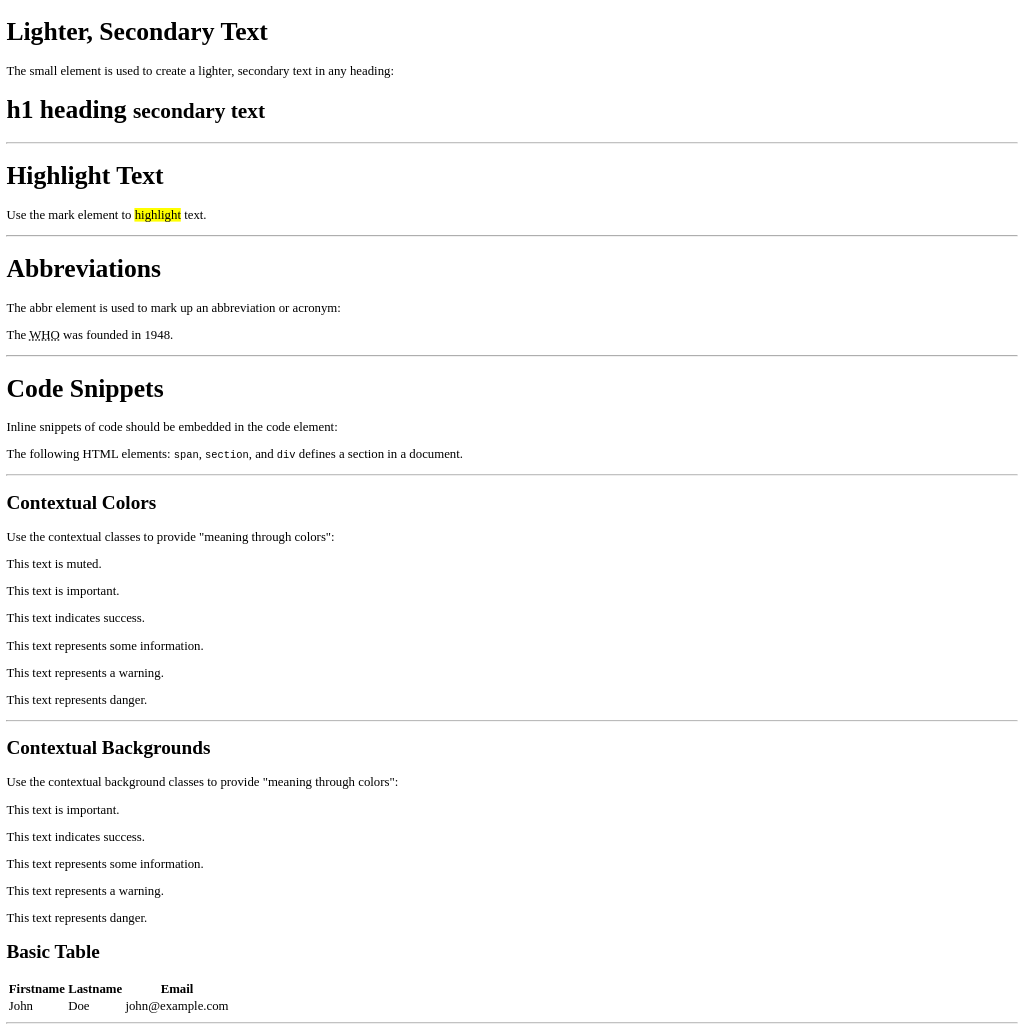
Repository: Sonalitanika/Assigment_IT17048842
Page: Lab09/WebContent/index.html
The author's editor kept a copy of each file at every save. The page is drawn from the files as they stood at one save, then again after the next save.
The browser window is 1280 px wide. The pictures show the whole page, at 80% of full size.

Above is the page before, as saved 2019-05-25 14:28:19.

### Lab09/WebContent/index.html
<!DOCTYPE html>
<html>
<head>
<meta charset="utf-8">
<title>Insert title here</title>
<script src="js/jquery-3.4.1.min.js" type="text/javascript"></script>
</head>
<body>


 <div class="row">
<h1>Lighter, Secondary Text</h1>
 <p>The small element is used to create a lighter,
secondary text in any heading:</p>
 <h1>h1 heading <small>secondary
text</small></h1> </div> <hr>

<div class="row">
<h1>Highlight Text</h1>
 <p>Use the mark element to
<mark>highlight</mark> text.</p>
 </div>
 <hr>

 <div class="row">
<h1>Abbreviations</h1>
 <p>The abbr element is used to mark up an
abbreviation or acronym:</p>
 <p>The <abbr title="World Health
Organization">WHO</abbr> was founded in
1948.</p> </div>
<hr>

<div class="row">
<h1>Code Snippets</h1>
 <p>Inline snippets of code should be embedded in
the code element:</p>
 <p>The following HTML elements:
<code>span</code>, <code>section</code>, and
<code>div</code> defines a section in
a document.</p> </div> <hr>

<div class="container">
 <h2>Contextual Colors</h2>
 <p>Use the contextual classes to provide "meaning through colors":</p>
 <p class="text-muted">This text is muted.</p>
 <p class="text-primary">This text is important.</p>
 <p class="text-success">This text indicates success.</p>
 <p class="text-info">This text represents some information.</p>
 <p class="text-warning">This text represents a warning.</p>
 <p class="text-danger">This text represents danger.</p>
</div>
<hr>

<div class="container">
 <h2>Contextual Backgrounds</h2>
 <p>Use the contextual background classes to provide "meaning through colors":</p>
 <p class="bg-primary">This text is important.</p>
 <p class="bg-success">This text indicates success.</p>
 <p class="bg-info">This text represents some information.</p>
 <p class="bg-warning">This text represents a warning.</p>
 <p class="bg-danger">This text represents danger.</p>
</div>

<div class="container">
 <h2>Basic Table</h2>
 <table class="table">
 <thead>
 <tr>
 <th>Firstname</th>
 <th>Lastname</th>
 <th>Email</th>
 </tr>
 </thead>
 <tbody>
 <tr>
 <td>John</td>
 <td>Doe</td>
 <td>john@example.com</td>
 </tr>
 </tbody>
 </table>
</div>
<hr>
</body>
</html>

Loaded but not shown: Lab09/WebContent/js/jquery-3.4.1.min.js (library)

After the next save:
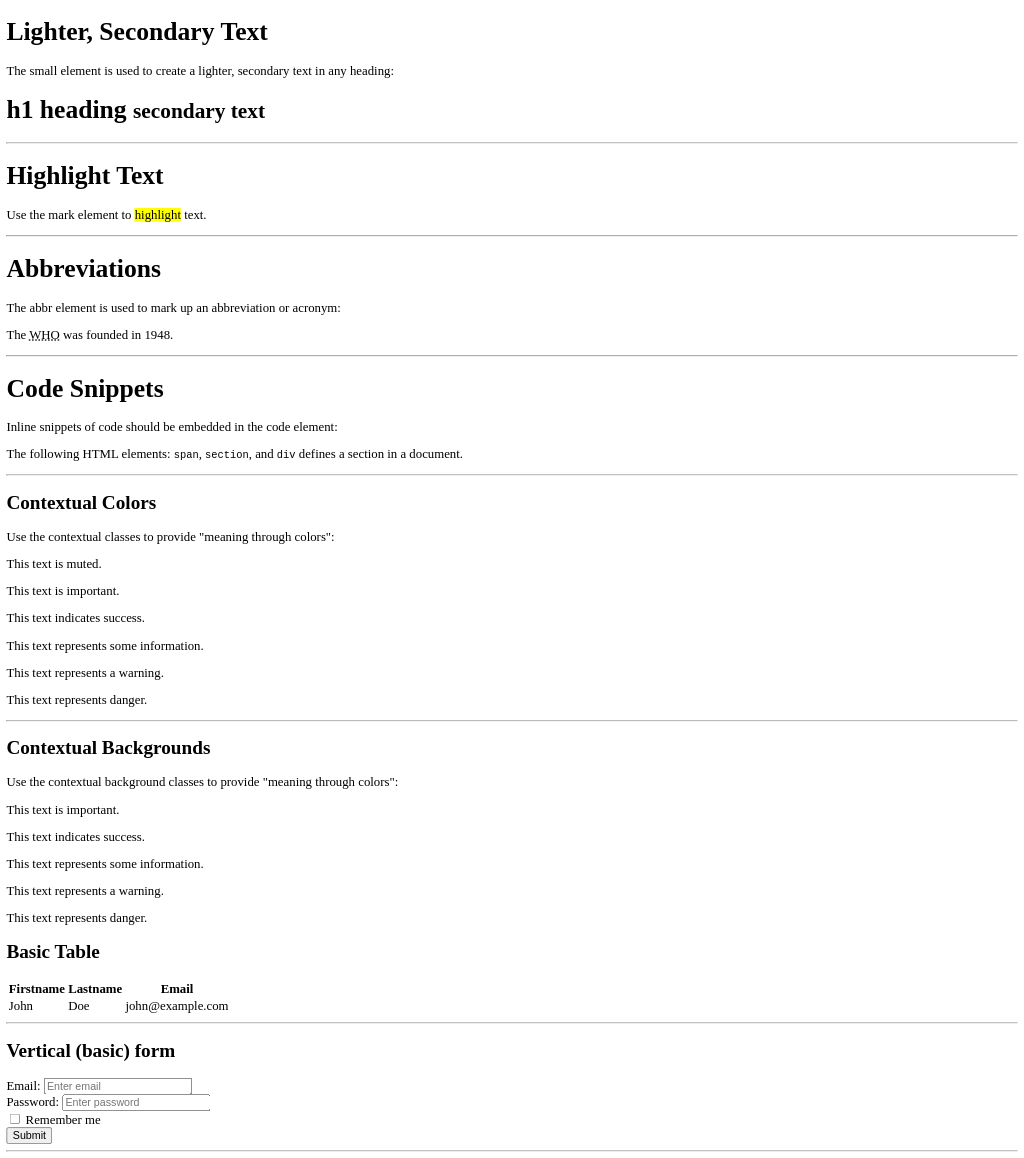
Saved 73 s later.
--- a/Lab09/WebContent/index.html
+++ b/Lab09/WebContent/index.html
@@ -82,5 +82,26 @@ a document.</p> </div> <hr>
  </table>
 </div>
 <hr>
+
+<div class="container">
+ <h2>Vertical (basic) form</h2>
+ <form action="">
+ <div class="form-group">
+ <label for="email">Email:</label>
+ <input type="email" class="form-control" id="email" placeholder="Enter email"
+name="email">
+ </div>
+ <div class="form-group">
+ <label for="pwd">Password:</label>
+ <input type="password" class="form-control" id="pwd" placeholder="Enter password"
+name="pwd">
+ </div>
+ <div class="checkbox">
+ <label><input type="checkbox" name="remember"> Remember me</label>
+ </div>
+ <button type="submit" class="btn btn-default">Submit</button>
+ </form>
+</div>
+<hr>
 </body>
 </html>
